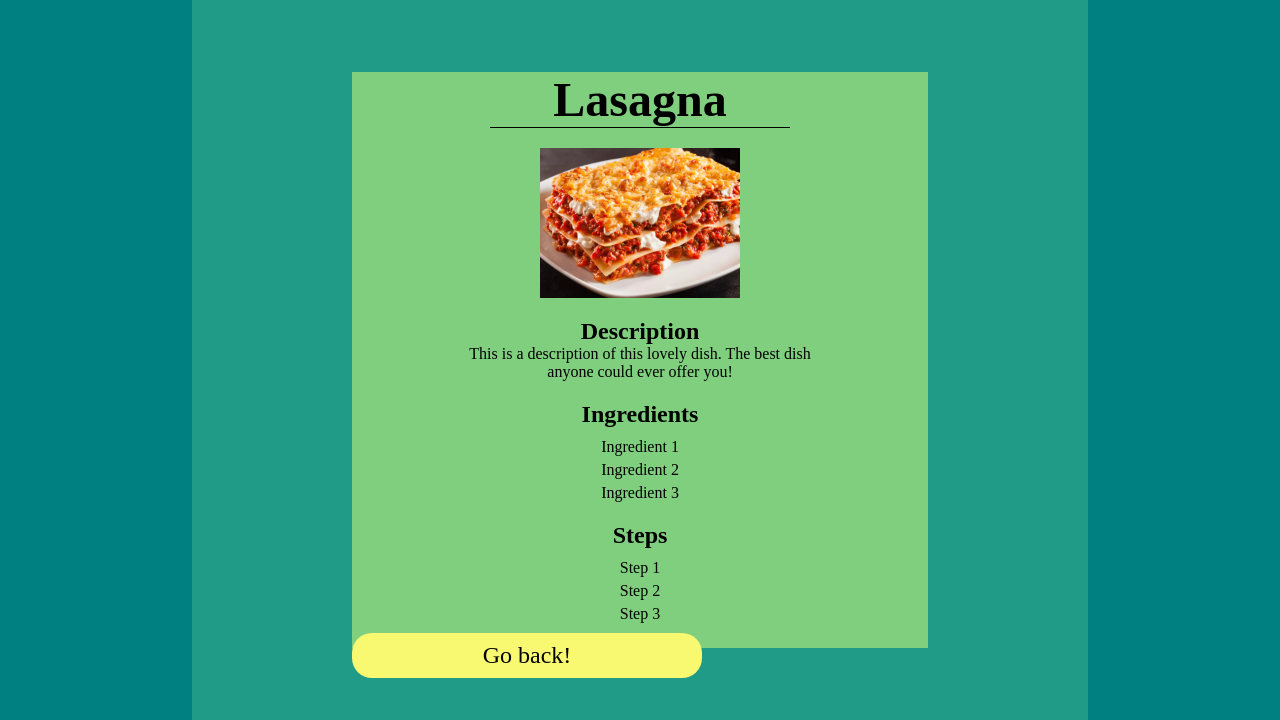
Repository: Pafestivo/odin-recipes
Page: recipes/lasagna.html
These files come from the project's save history. The page is drawn as it stood at one moment and after a run of saves; the edit follows.
The browser window is 1280 px wide. The pictures show the whole page.

Above is the page before, as saved 2022-09-24 13:02:55.

After the next 2 saves:
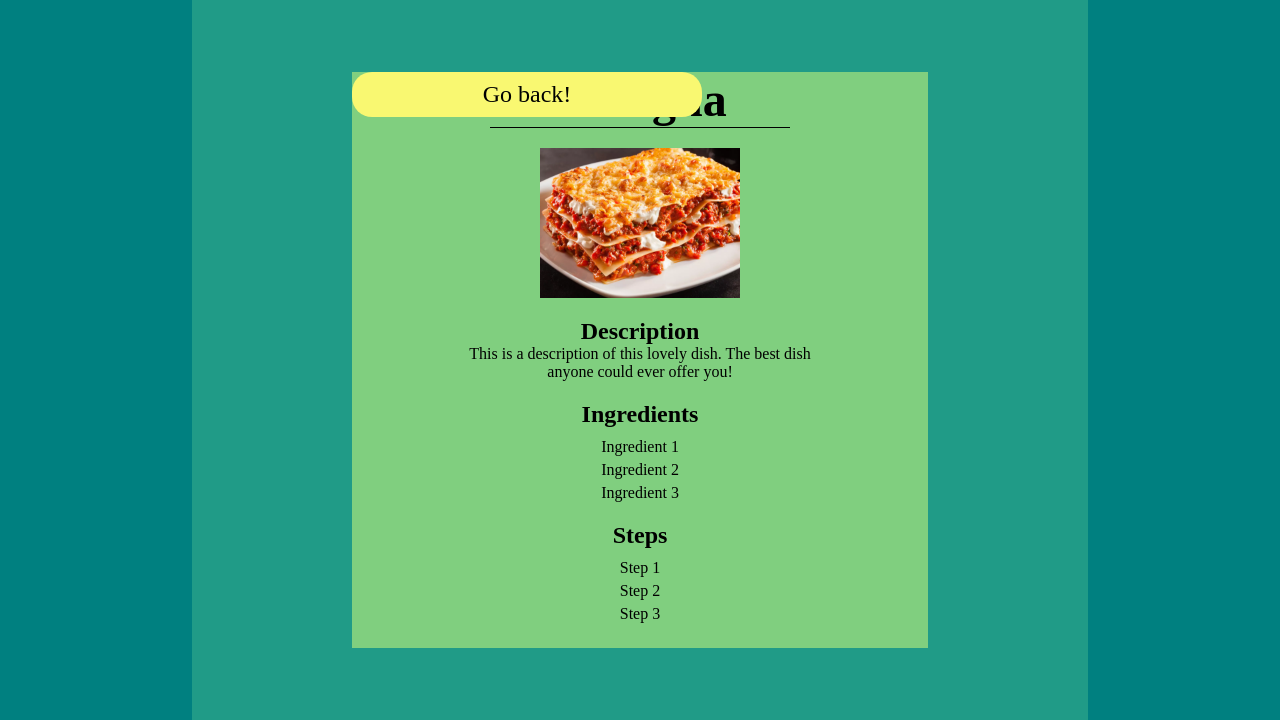
The 2 saves are shown as one change because they came seconds apart.
The last was saved 10 s later.
--- a/css/recipe-styles.css
+++ b/css/recipe-styles.css
@@ -67,6 +67,8 @@ li {
 
 a {
   position: absolute;
+  top: 0;
+  left: 0;
   display: flex;
   justify-content: center;
   align-items: center;
